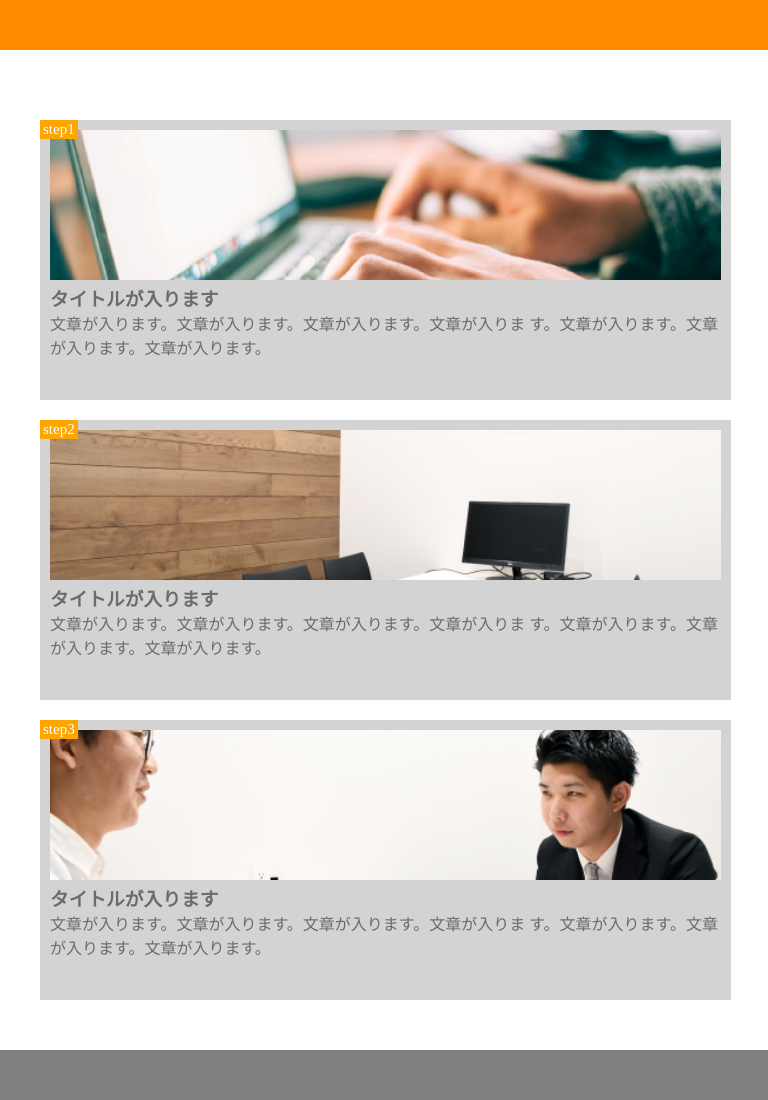
Repository: 220416/kadai1
Page: html/responsive.html
The author's editor kept a record of every edit. The page is drawn from the files as they stood at one moment, then again after the next edit.
The browser window is 768 px wide. The pictures show the whole page.

Above is the page before.

After the next edit:
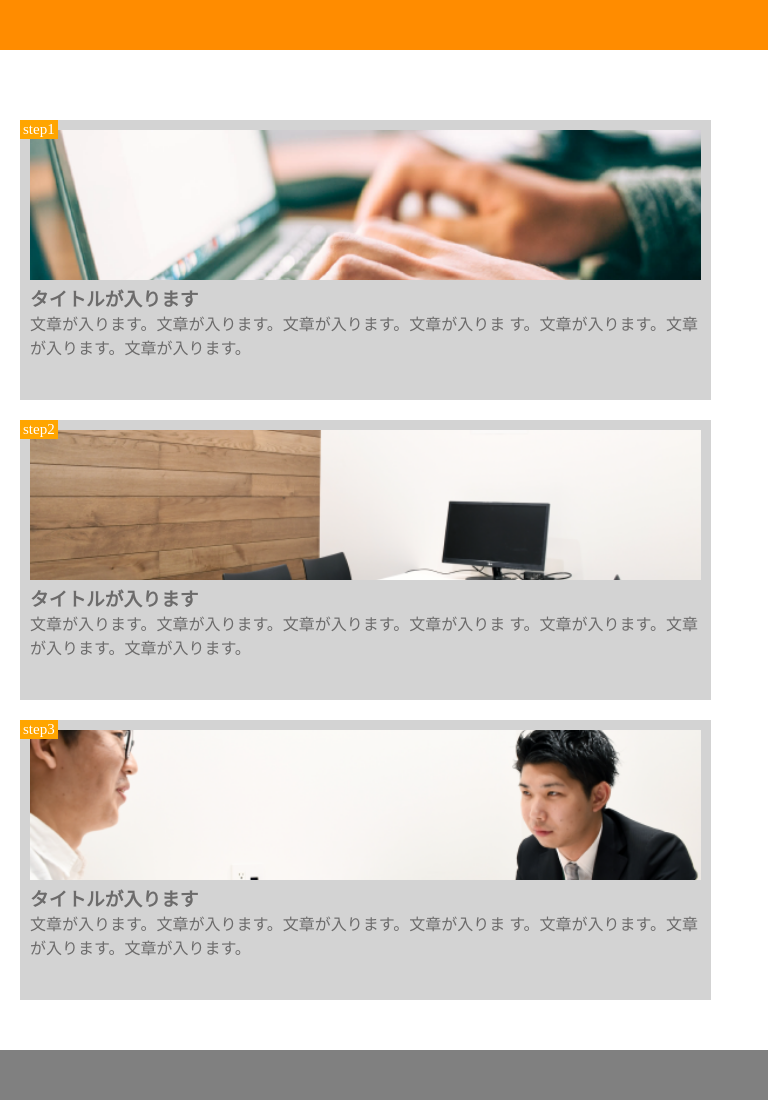
The edit:
--- a/html/responsive.css
+++ b/html/responsive.css
@@ -73,7 +73,7 @@
      }
   main{
     width: 90%;
-    margin-left:20px;
+    margin: auto;
   }
 
   .main-visual{
